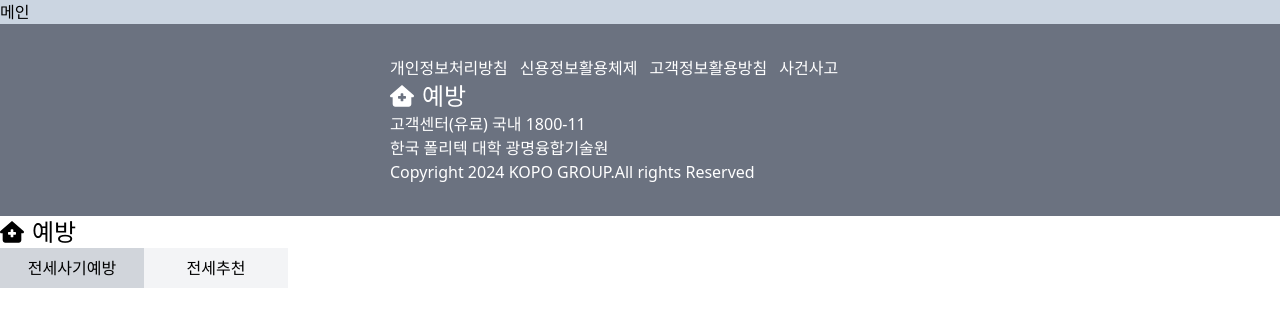
Repository: hanaTI-team-1/frontend
Page: /
These files come from the project's save history. The page is drawn as it stood at one moment and after the next save; the edit follows.
The browser window is 1280 px wide. The pictures show the whole page.
The project was rebuilt for these pictures with package versions that can differ from the ones it lists, and the page was loaded fresh each time. Also part of the build but not shown: vite.config.js, src/App.css, src/components/Recommend.jsx, src/components/Protect.jsx.

Above is the page before, as saved 2024-07-11 20:49:50.

After the next save:
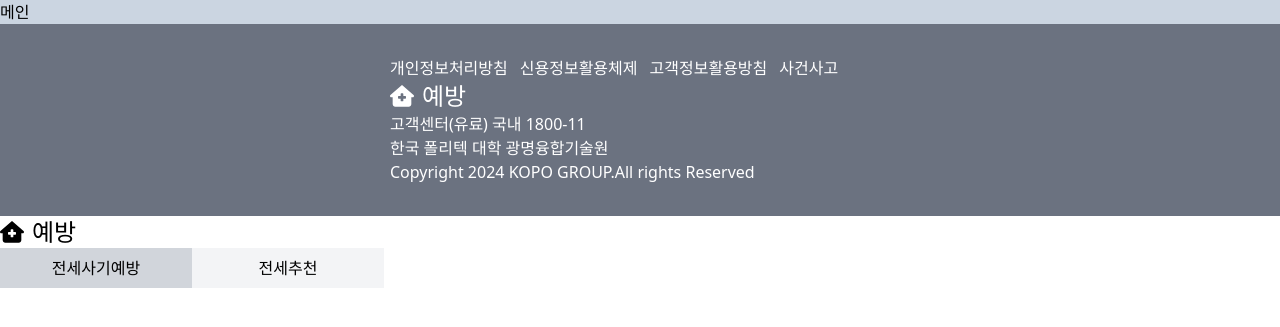
Saved 27 s later.
--- a/src/components/Header.jsx
+++ b/src/components/Header.jsx
@@ -7,13 +7,13 @@ export const Header = () => {
     <nav className='flex'>
       {/* 클릭하면 /proctect로 이동 */}
       <Link to={"/protect"}
-        className='h-10 hover:bg-gray-500 duration-150 leading-10 bg-gray-300 w-36 text-center cursor-pointer'
+        className='h-10 hover:bg-gray-500 duration-150 leading-10 bg-gray-300 w-48 text-center cursor-pointer'
       >
         전세사기예방
       </Link>
       {/* 클릭하면 /로 이동 */}
       <Link to={"/recommend"}
-        className='h-10 hover:bg-gray-200 duration-150 leading-10 bg-gray-100 w-36 text-center cursor-pointer'
+        className='h-10 hover:bg-gray-200 duration-150 leading-10 bg-gray-100 w-48 text-center cursor-pointer'
       >
         전세추천
       </Link>
